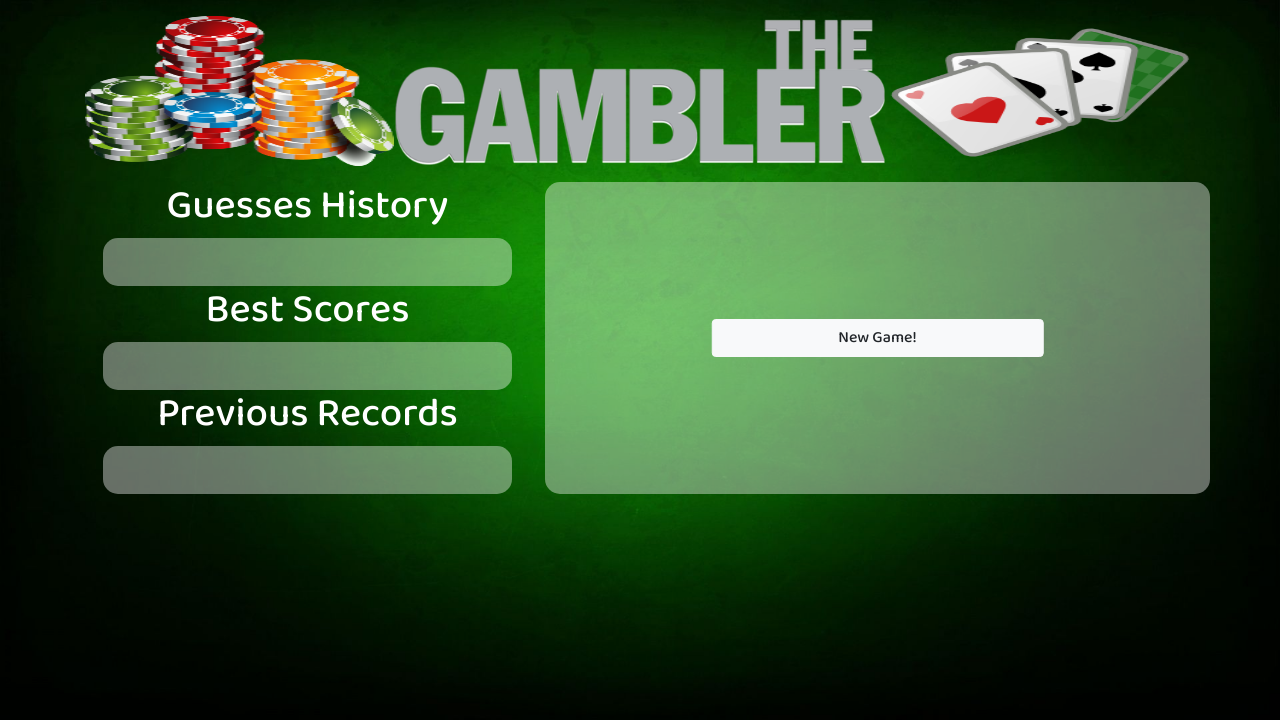
Repository: tts2610/NumberGuessingGame
Page: index.html
The author's editor kept a copy of each file at every save. The page is drawn from the files as they stood at one save, then again after the next save.
The browser window is 1280 px wide. The pictures show the whole page.
Backgrounds fixed to the window are drawn as part of the page.

Above is the page before, as saved 2020-05-14 01:51:14.

After the next save:
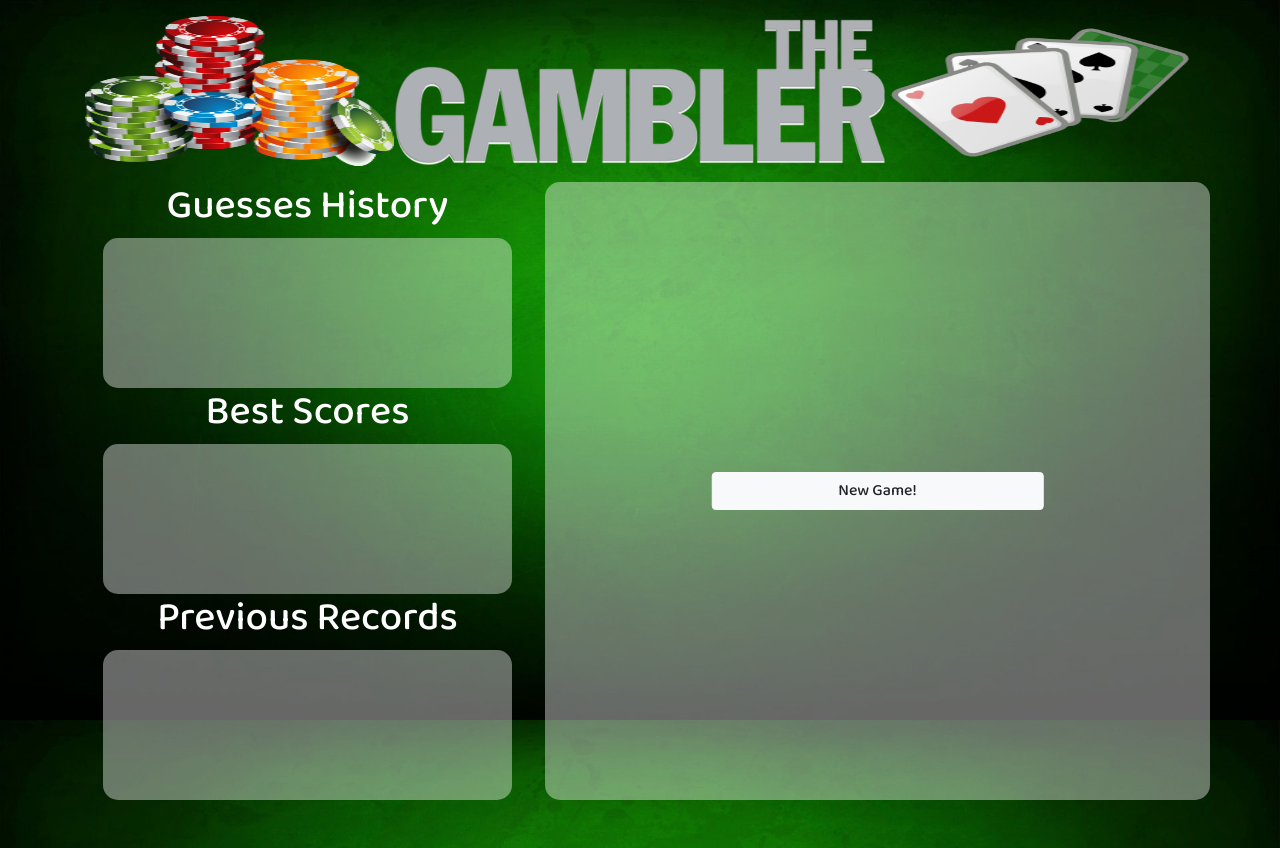
Saved 15 s later.
--- a/css/style.css
+++ b/css/style.css
@@ -15,7 +15,7 @@ h1 {
     background-color: rgb(255, 255, 255);
     /* Fallback color */
     background-color: rgba(255, 255, 255, 0.4);
-    height: auto;
+    height: 150px;
     border-radius: 15px;
     display: flex;
     flex-direction: column;
@@ -25,7 +25,7 @@ h1 {
     background-color: rgb(255, 255, 255);
     /* Fallback color */
     background-color: rgba(255, 255, 255, 0.4);
-    height: auto;
+    height: 150px;
     border-radius: 15px;
     display: flex;
     flex-direction: column;
